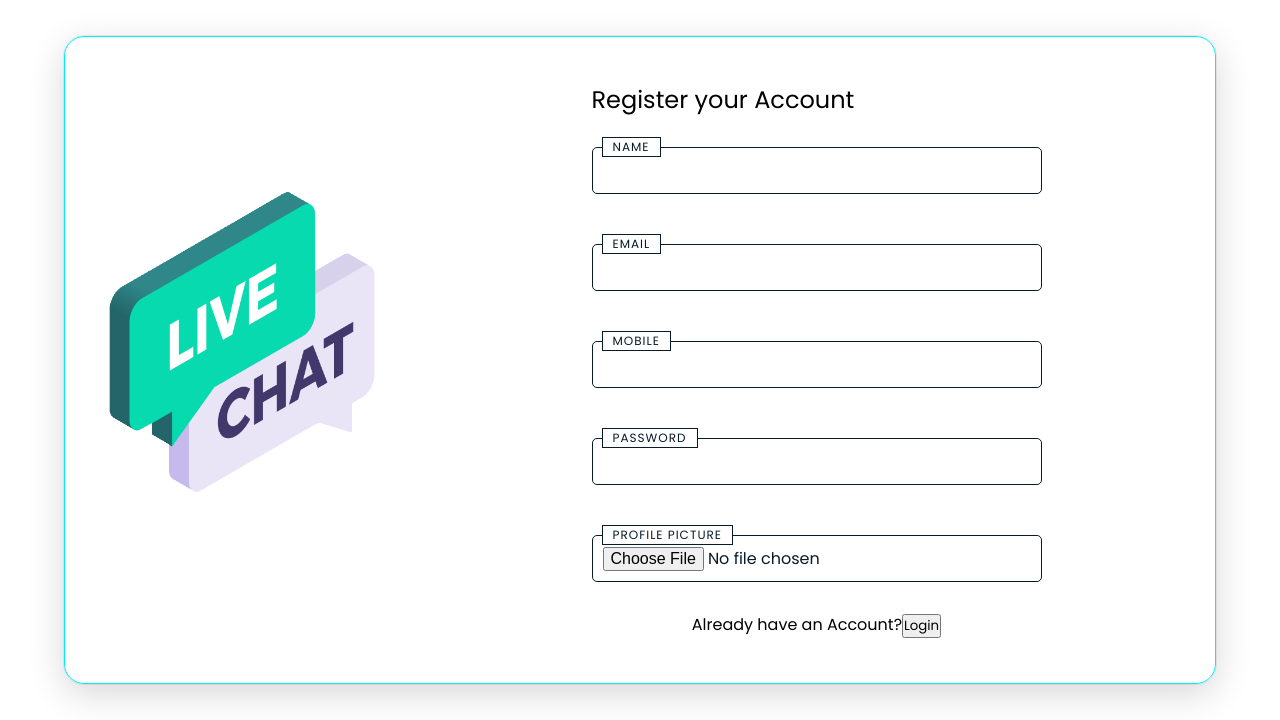
Repository: swastikjhacoder/mern-chat-frontend-only
Page: /
An editor plug-in stored every save of this project. The page is shown before and after the next save, followed by the edit.
The browser window is 1280 px wide. The pictures show the whole page.
The project was rebuilt for these pictures with package versions that can differ from the ones it lists, and the page was loaded fresh each time. Also part of the build but not shown: src/components/chat/ConversationList.jsx, src/components/chat/SideBar.jsx, src/components/MainContainer.jsx, src/components/chat/MessageOthers.jsx, src/components/chat/MessageSelf.jsx, src/components/chat/ChatContainer.jsx, src/components/chat/OnlineUsers.jsx, src/components/chat/OnlineUsersGroup.jsx and 4 more.

Above is the page before, as saved 2023-09-22 07:59:34.

After the next save:
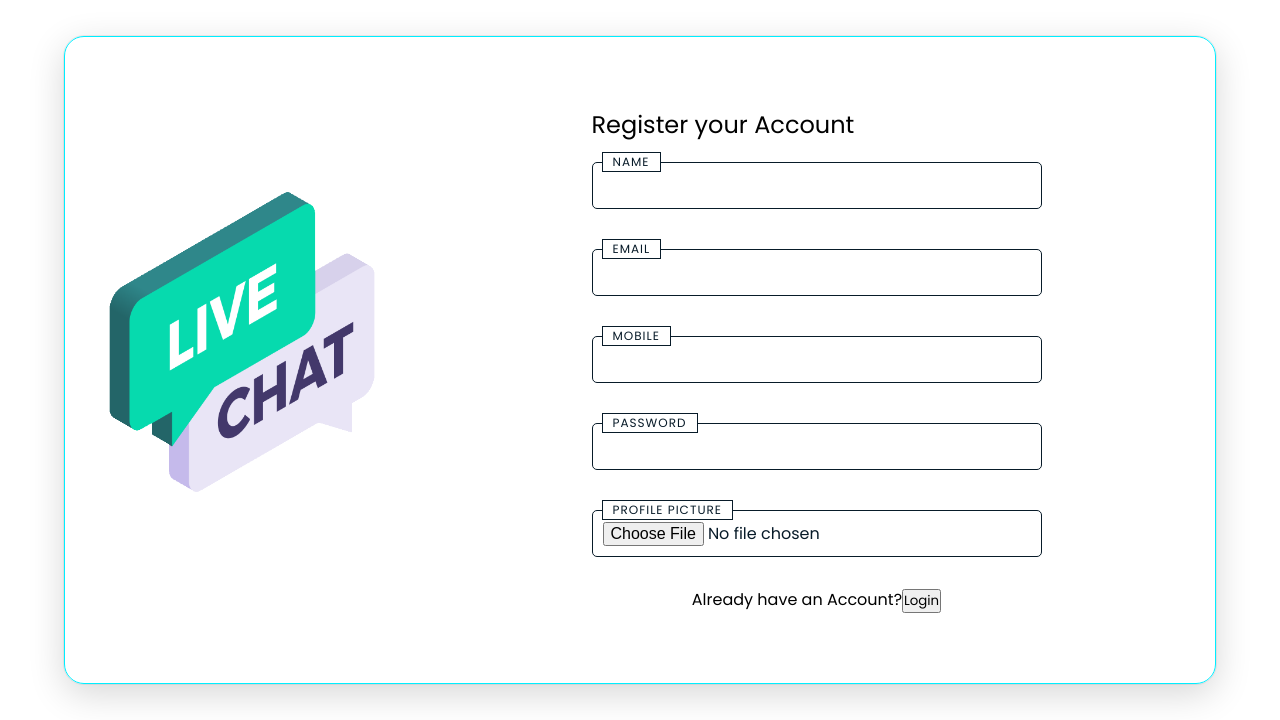
Saved 12 s later.
--- a/src/index.css
+++ b/src/index.css
@@ -476,7 +476,6 @@ body {
 .signUp {
   display: flex;
   flex-direction: column;
-  gap: 10px;
 }
 
 .signUp p {
